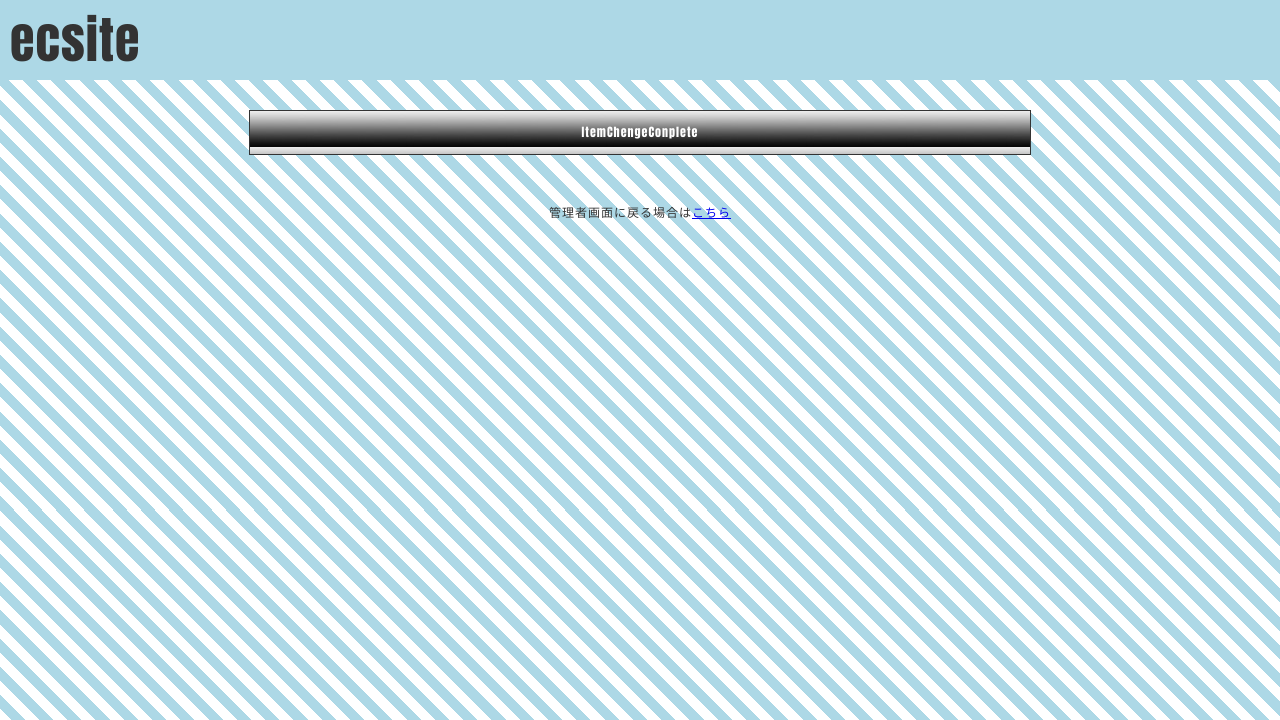
Repository: ryousukefujita-0423/test
Page: http://localhost/ecsite/itemChengeConplete.jsp
These files come from the project's save history. The page is drawn as it stood at one moment and after the next save; the edit follows.
The browser window is 1280 px wide. The pictures show the whole page.
The page is served by Tomcat 9.

Above is the page before, as saved 2019-03-22 07:07:44.

After the next save:
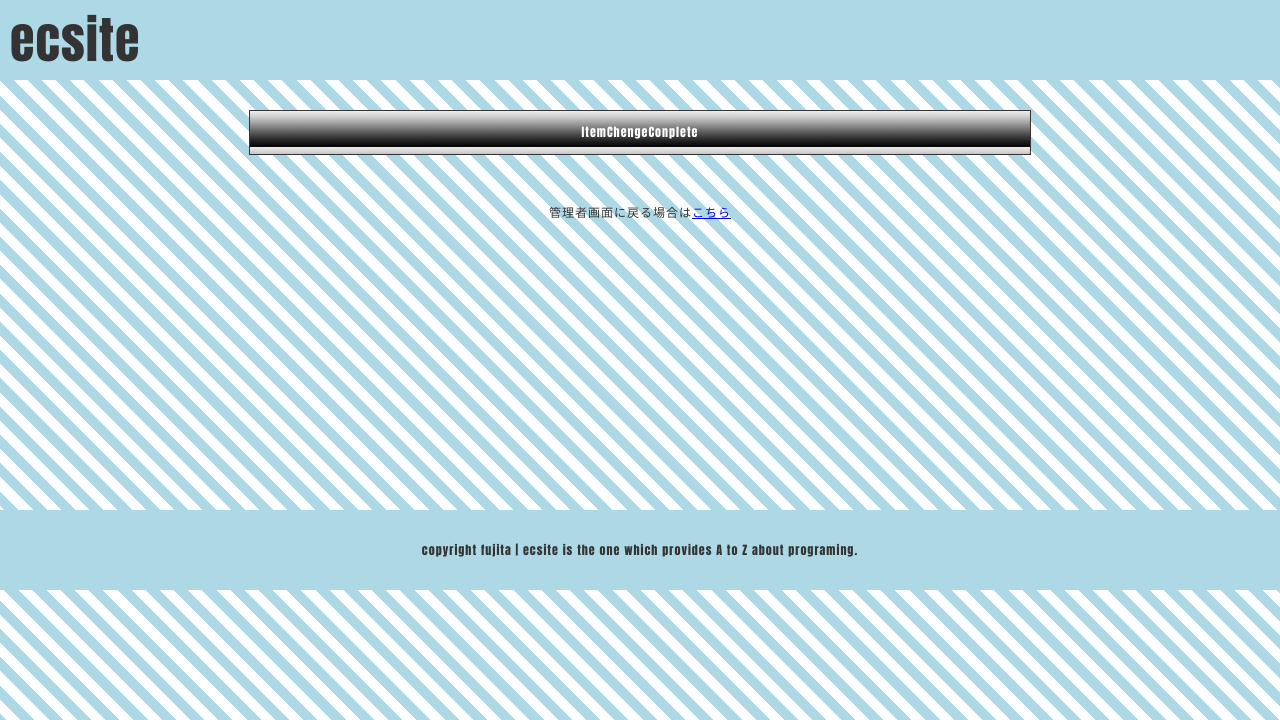
Saved 14 s later.
--- a/ecsite/WebContent/itemChengeConplete.jsp
+++ b/ecsite/WebContent/itemChengeConplete.jsp
@@ -27,5 +27,7 @@
 			管理者画面に戻る場合は<a href="http://localhost:8080/ecsite/admin.jsp" />こちら</a>
 		</div>
 	</div>
+	<div id="footer">copyright fujita | ecsite is the one which
+		provides A to Z about programing.</div>
 </body>
 </html>
